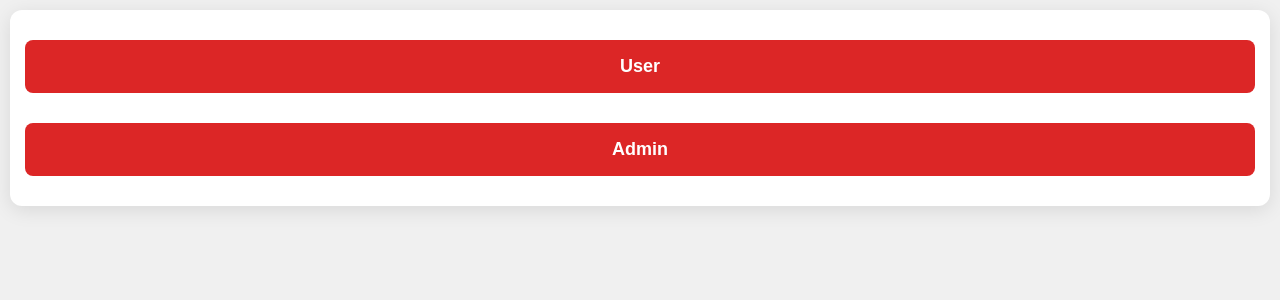
Repository: tjola/nerd_tuning_al
Page: sign_in.html
These files come from the project's save history. The page is drawn as it stood at one moment and after the next save; the edit follows.
The browser window is 1280 px wide. The pictures show the whole page.

Above is the page before, as saved 2025-12-01 16:49:01.

After the next save:
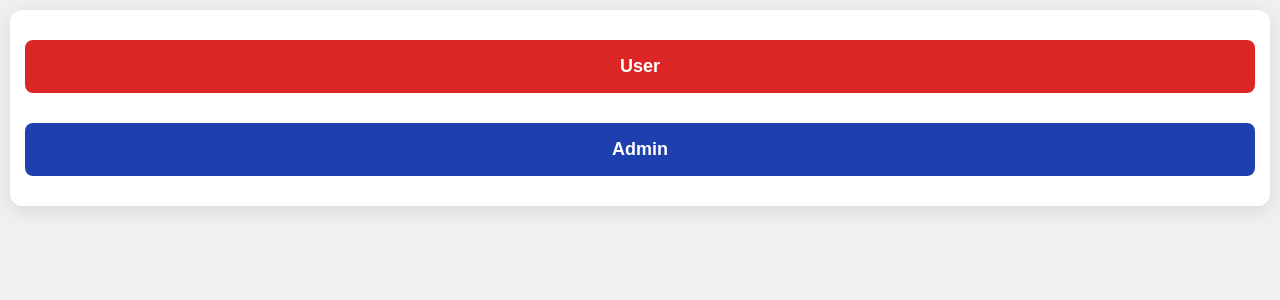
Saved 5 s later.
--- a/sign_in.html
+++ b/sign_in.html
@@ -12,7 +12,7 @@
      <button class="btn-red" onclick="document.getElementById('importFile').click()">
       User
     </button>
-     <button class="btn-red" onclick="document.getElementById('importFile').click()">
+     <button class="btn-blue" onclick="document.getElementById('importFile').click()">
       Admin
     </button>
   </div>
